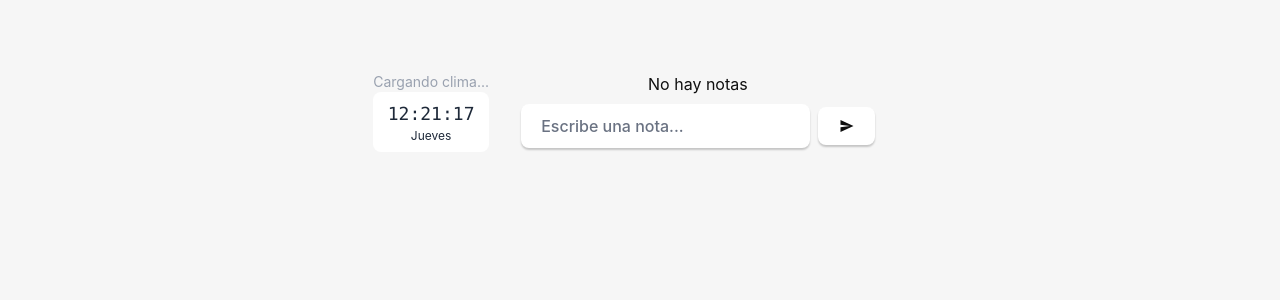
Repository: CodeByEvans/my-romantic-widget
Page: /
An editor plug-in stored every save of this project. The page is shown before and after the next save, followed by the edit.
The browser window is 1280 px wide. The pictures show the whole page.
The page's requests for data from a server got no answer. The project was rebuilt for these pictures with package versions that can differ from the ones it lists, and the page was loaded fresh each time. No one was signed in, and anything a server would have sent is missing. Also part of the build but not shown: vite.config.ts.

Above is the page before, as saved 2025-11-06 12:27:23.

### src/App.tsx
import "./App.css";
import { Clock } from "./components/Clock";
import { NoteInput } from "./components/NoteInput";
import { NotesList } from "./components/NotesList";
import { WeatherWidget } from "./components/WeatherWidget";

function App() {
  return (
    <main className="container mx-auto p-4">
      <section className="flex flex-row gap-8  max-w-4xl mx-auto">
        <div>
          <WeatherWidget />
          <Clock />
        </div>

        <div>
          <NotesList />
          <NoteInput />
        </div>
        <div></div>
      </section>
    </main>
  );
}

export default App;

### src/App.css
@import "tailwindcss";

.logo.vite:hover {
  filter: drop-shadow(0 0 2em #747bff);
}

.logo.react:hover {
  filter: drop-shadow(0 0 2em #61dafb);
}
:root {
  font-family: Inter, Avenir, Helvetica, Arial, sans-serif;
  font-size: 16px;
  line-height: 24px;
  font-weight: 400;

  color: #0f0f0f;
  background-color: #f6f6f6;

  font-synthesis: none;
  text-rendering: optimizeLegibility;
  -webkit-font-smoothing: antialiased;
  -moz-osx-font-smoothing: grayscale;
  -webkit-text-size-adjust: 100%;
}

.container {
  margin: 0;
  padding-top: 10vh;
  display: flex;
  flex-direction: column;
  justify-content: center;
  text-align: center;
}

.logo {
  height: 6em;
  padding: 1.5em;
  will-change: filter;
  transition: 0.75s;
}

.logo.tauri:hover {
  filter: drop-shadow(0 0 2em #24c8db);
}

.row {
  display: flex;
  justify-content: center;
}

a {
  font-weight: 500;
  color: #646cff;
  text-decoration: inherit;
}

a:hover {
  color: #535bf2;
}

h1 {
  text-align: center;
}

input,
button {
  border-radius: 8px;
  border: 1px solid transparent;
  padding: 0.6em 1.2em;
  font-size: 1em;
  font-weight: 500;
  font-family: inherit;
  color: #0f0f0f;
  background-color: #ffffff;
  transition: border-color 0.25s;
  box-shadow: 0 2px 2px rgba(0, 0, 0, 0.2);
}

button {
  cursor: pointer;
}

button:hover {
  border-color: #396cd8;
}
button:active {
  border-color: #396cd8;
  background-color: #e8e8e8;
}

input,
button {
  outline: none;
}

#greet-input {
  margin-right: 5px;
}

@media (prefers-color-scheme: dark) {
  :root {
    color: #f6f6f6;
    background-color: #2f2f2f;
  }

  a:hover {
    color: #24c8db;
  }

  input,
  button {
    color: #ffffff;
    background-color: #0f0f0f98;
  }
  button:active {
    background-color: #0f0f0f69;
  }
}

### src/components/Clock.tsx
import { useEffect, useState } from "react";

export const Clock = () => {
  const [time, setTime] = useState(new Date());

  useEffect(() => {
    const interval = setInterval(() => {
      setTime(new Date());
    }, 1000);

    return () => clearInterval(interval);
  }, []);

  const hours = time.getHours().toString().padStart(2, "0");
  const minutes = time.getMinutes().toString().padStart(2, "0");
  const seconds = time.getSeconds().toString().padStart(2, "0");

  const day = time.toLocaleDateString("es-ES", { weekday: "long" });
  const date = time.toLocaleDateString("es-ES", {
    day: "2-digit",
    month: "short",
    year: "numeric",
  });

  return (
    <div className="bg-white rounded-lg p-2 flex flex-col items-center text-gray-800">
      <p className="text-lg font-mono">
        {hours}:{minutes}:{seconds}
      </p>
      <p className="text-xs capitalize">{day}</p>
    </div>
  );
};

### src/components/NoteInput.tsx
import { IoMdSend } from "react-icons/io";

export const NoteInput = () => {
  return (
    <form className="flex items-center gap-2 mt-2">
      <input
        type="text"
        placeholder="Escribe una nota..."
        className="flex-1 text-sm px-2 py-1 rounded-lg bg-white/20 text-gray-800 placeholder-gray-500 focus:outline-none"
      />
      <button
        type="submit"
        className="p-2 bg-blue-500 rounded-full text-white hover:bg-blue-600"
      >
        <IoMdSend size={16} />
      </button>
    </form>
  );
};

### src/components/NotesList.tsx
import { useRealTimeNotes } from "../hooks/useRealTimeNotes";

export const NotesList = () => {
  const notes = useRealTimeNotes();

  const sortedNotes = [...notes].sort(
    (a, b) =>
      new Date(b.created_at).getTime() - new Date(a.created_at).getTime()
  );

  const noteToShow = sortedNotes[0];

  if (!noteToShow) return <div>No hay notas</div>;

  return (
    <div className="flex flex-col gap-1 p-3 bg-white rounded-lg">
      <div className="flex justify-between items-center mb-1">
        <h3 className="font-semibold text-gray-700">{noteToShow.from}</h3>
        <small className="text-[10px] text-gray-400">
          {new Date(noteToShow.created_at).toLocaleTimeString([], {
            hour: "2-digit",
            minute: "2-digit",
          })}
        </small>
      </div>
      <p className="text-sm text-gray-700">{noteToShow.message}</p>
    </div>
  );
};

### src/components/WeatherWidget.tsx
import { useWeather } from "../hooks/useWeather";

export const WeatherWidget = () => {
  const { data, loading, errorWeather } = useWeather();

  if (errorWeather)
    return <div className="text-sm text-red-400">{errorWeather}</div>;
  if (loading || !data)
    return <div className="text-sm text-gray-400">Cargando clima...</div>;

  const [city, info] = Object.entries(data)[0] || [];
  const temp = Math.round(info.main.temp);

  return (
    <div className="flex flex-col items-center justify-center bg-blue-100 bg-opacity-40 backdrop-blur-md rounded-xl p-3 shadow-sm">
      <h2 className="text-sm font-semibold text-gray-700">{city}</h2>
      <p className="text-3xl font-bold text-gray-800">{temp}°C</p>
    </div>
  );
};

export default WeatherWidget;

### src/hooks/useRealTimeNotes.ts
import { useEffect, useState } from "react";
import z from "zod";
import { supabase } from "../services/supabaseClient";

const noteSchema = z.object({
  id: z.number(),
  from: z.string(),
  message: z.string(),
  created_at: z.string(),
});

type Note = z.infer<typeof noteSchema>;

export const useRealTimeNotes = () => {
  const [notes, setNotes] = useState<Note[]>([]);

  useEffect(() => {
    // Cargar notas iniciales
    supabase
      .from<"notes", Note>("notes")
      .select("*")
      .then(({ data, error }) => {
        if (data) {
          setNotes(data);
          console.log("Notas cargadas:", data);
        } else {
          console.error("Error fetching notes:", error);
        }
      });

    // Suscripción en tiempo real
    const channel = supabase
      .channel("public:notes")
      .on(
        "postgres_changes",
        { event: "*", schema: "public", table: "notes" },
        (payload) => {
          console.log("Cambio dettectado:", payload);

          if (payload.eventType === "INSERT") {
            const newNote = noteSchema.parse(payload.new);
            setNotes((prevNotes) => [...prevNotes, newNote]);
            console.log("Nota añadida:", newNote);
          } else if (payload.eventType === "UPDATE") {
            setNotes((prev) =>
              prev.map((note) =>
                note.id === payload.new.id
                  ? noteSchema.parse(payload.new)
                  : note
              )
            );
          } else if (payload.eventType === "DELETE") {
            setNotes((prev) =>
              prev.filter((note) => note.id !== payload.old.id)
            );
          }
        }
      )
      .subscribe();

    return () => {
      supabase.removeChannel(channel);
    };
  }, []);

  return notes;
};

### src/hooks/useWeather.ts
import { useEffect, useState } from "react";
import {
  getCityByCoordinates,
  getWeatherByCity,
} from "../services/weatherService";
import { WeatherData } from "../types/weather";
import { useGeolocation } from "./useGeolocation";

export const useWeather = () => {
  const { coords, error } = useGeolocation();
  const [data, setData] = useState<Record<string, WeatherData> | null>(null);
  const [loading, setLoading] = useState<boolean>(false);
  const [errorWeather, setErrorWeather] = useState<string | null>(null);

  useEffect(() => {
    if (error) setErrorWeather(error);
  }, [error]);

  useEffect(() => {
    if (!coords) return;

    const fetchWeather = async () => {
      setLoading(true);
      try {
        const city = await getCityByCoordinates(
          coords.latitude,
          coords.longitude
        );
        const weather = await getWeatherByCity(city[0].name);
        setData({ [city[0].name]: weather });
      } catch (error) {
        console.error(error);
      } finally {
        setLoading(false);
      }
    };

    fetchWeather();
  }, [coords]);

  return { data, loading, errorWeather };
};

### src/services/supabaseClient.ts
import { createClient } from "@supabase/supabase-js";
import { envs } from "../config/envs";

export const supabase = createClient(envs.supabaseUrl, envs.supabaseAnonKey, {
  realtime: {
    params: {
      eventsPerSecond: 10,
    },
  },
});

### src/services/weatherService.ts
import { envs } from "../config/envs";

export const getWeatherByCity = async (city: string) => {
  const response = await fetch(
    `https://api.openweathermap.org/data/2.5/weather?q=${city}&appid=${envs.openWeatherApiKey}&units=metric`
  );

  if (!response.ok) {
    throw new Error("No se pudo obtener el clima");
  }
  return response.json();
};

export const getCityByCoordinates = async (lat: number, lon: number) => {
  const response = await fetch(
    `https://api.openweathermap.org/geo/1.0/reverse?lat=${lat}&lon=${lon}&limit=1&appid=${envs.openWeatherApiKey}`
  );

  if (!response.ok) {
    throw new Error("No se pudo obtener la ciudad");
  }

  return response.json();
};

### src/hooks/useGeolocation.ts
import { useEffect, useState } from "react";

export const useGeolocation = () => {
  const [coords, setCoords] = useState<{
    latitude: number;
    longitude: number;
  } | null>(null);
  const [error, setError] = useState<string | null>(null);

  useEffect(() => {
    if (!navigator.geolocation) {
      setError("Geolocalización no soportada por el navegador");
      return;
    }

    navigator.geolocation.getCurrentPosition(
      (position) => {
        setCoords({
          latitude: position.coords.latitude,
          longitude: position.coords.longitude,
        });
      },
      (err) => {
        setError(`Error obteniendo la geolocalización: ${err.message}`);
      }
    );
  }, []);

  return { coords, error };
};

### src/config/envs.ts
import * as z from "zod";

const envSchema = z.object({
  VITE_SUPABASE_URL: z.string().url(),
  VITE_SUPABASE_ANON_KEY: z.string().min(1),
  VITE_OPEN_WEATHER_API_KEY: z.string().min(1),
});

const parsed = envSchema.parse(import.meta.env);

export const envs = {
  supabaseUrl: parsed.VITE_SUPABASE_URL,
  supabaseAnonKey: parsed.VITE_SUPABASE_ANON_KEY,
  openWeatherApiKey: parsed.VITE_OPEN_WEATHER_API_KEY,
};

### src/components/CallButton.tsx
import { IoMdCall } from "react-icons/io";

export const CallButton = () => {
  return (
    <button className="p-2 bg-blue-500 rounded-full text-white hover:bg-blue-600">
      <IoMdCall size={24} />
    </button>
  );
};

export default CallButton;

Loaded but not shown: index.html (common file); src/main.tsx (common file)

After the next save:
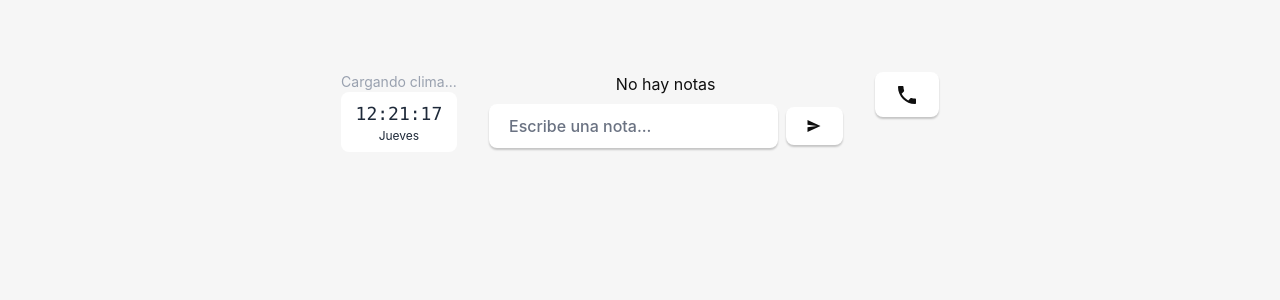
Saved 21 s later.
--- a/src/App.tsx
+++ b/src/App.tsx
@@ -1,4 +1,5 @@
 import "./App.css";
+import CallButton from "./components/CallButton";
 import { Clock } from "./components/Clock";
 import { NoteInput } from "./components/NoteInput";
 import { NotesList } from "./components/NotesList";
@@ -17,7 +18,9 @@ function App() {
           <NotesList />
           <NoteInput />
         </div>
-        <div></div>
+        <div>
+          <CallButton />
+        </div>
       </section>
     </main>
   );
